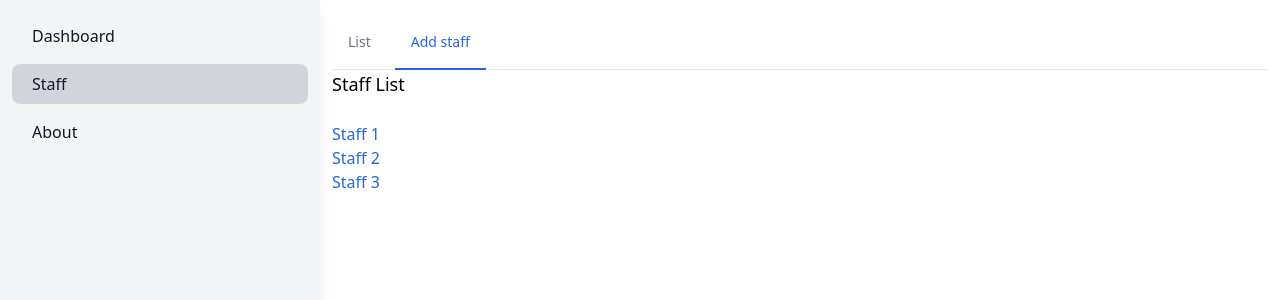
Repository: daohuyhoang9119/React-Router-6.4--Practice
Page: /staff
An editor plug-in stored every save of this project. The page is shown before and after the next save, followed by the edit.
The browser window is 1280 px wide. The pictures show the whole page.
The project was rebuilt for these pictures with package versions that can differ from the ones it lists, and the page was loaded fresh each time. Also part of the build but not shown: src/components/AddStaff/AddStaff.tsx, src/pages/404/Page404.tsx, src/pages/About/About.tsx, src/pages/Dashboard/Dashboard.tsx, src/components/StaffItem/StaffItem.tsx.

Above is the page before, as saved 2022-11-07 23:20:33.

After the next save:
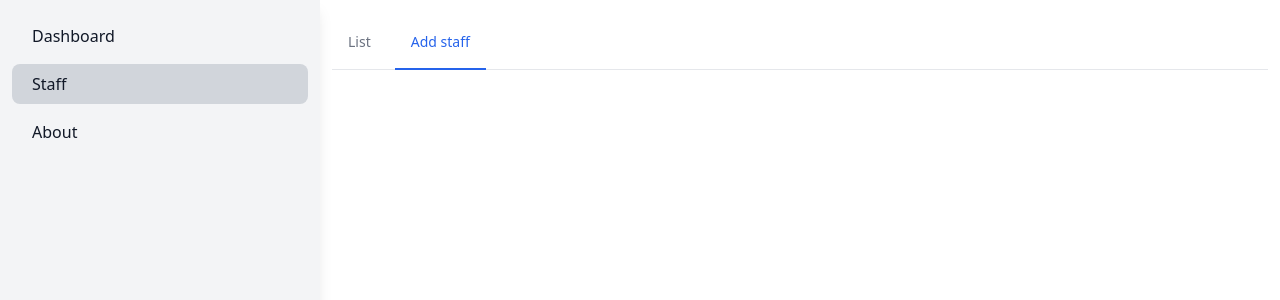
Saved 18 s later.
--- a/src/pages/Staff/Staff.tsx
+++ b/src/pages/Staff/Staff.tsx
@@ -26,7 +26,7 @@ export default function Staff() {
         </ul>
       </div>
 
-      <StaffList />
+      {/* <StaffList /> */}
       {/* <Link to='/staff/add' className='font-medium text-blue-600 hover:underline dark:text-blue-500'>
         Add staff
       </Link> */}
